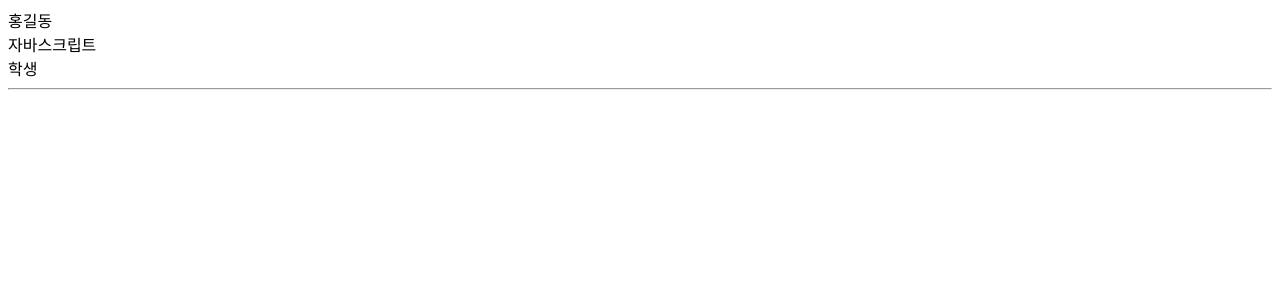
Repository: ssummini/Web
Page: JavaScript/src/main/webapp/js/exam21.html
These files come from the project's save history. The page is drawn as it stood at one moment and after the next save; the edit follows.
The browser window is 1280 px wide. The pictures show the whole page.

Above is the page before, as saved 2024-08-21 02:52:18.

After the next save:
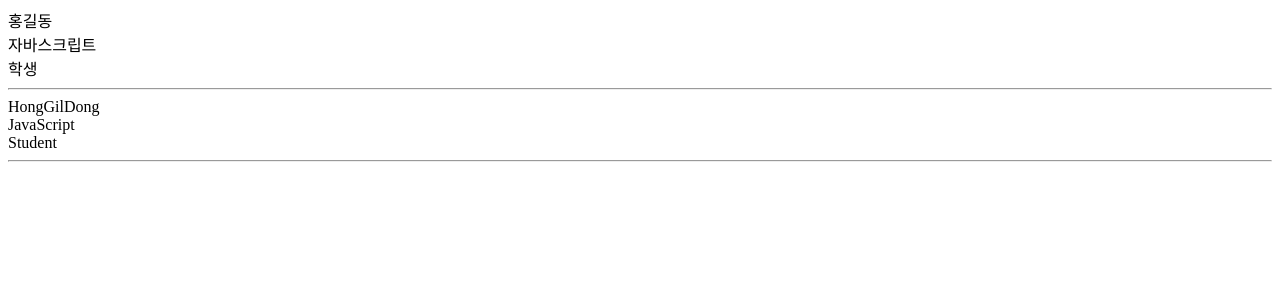
Saved 4 s later.
--- a/JavaScript/src/main/webapp/js/exam21.html
+++ b/JavaScript/src/main/webapp/js/exam21.html
@@ -18,6 +18,10 @@
 	myArray1[0] = "HongGilDong";
 	myArray1[1] = "JavaScript";
 	myArray1[2] = "Student";
+	document.write(myArray1[0] + "<br>");
+	document.write(myArray1[1] + "<br>");
+	document.write(myArray1[2] + "<br>");
+	document.write("<hr>");
 </script>
 </body>
 </html>
